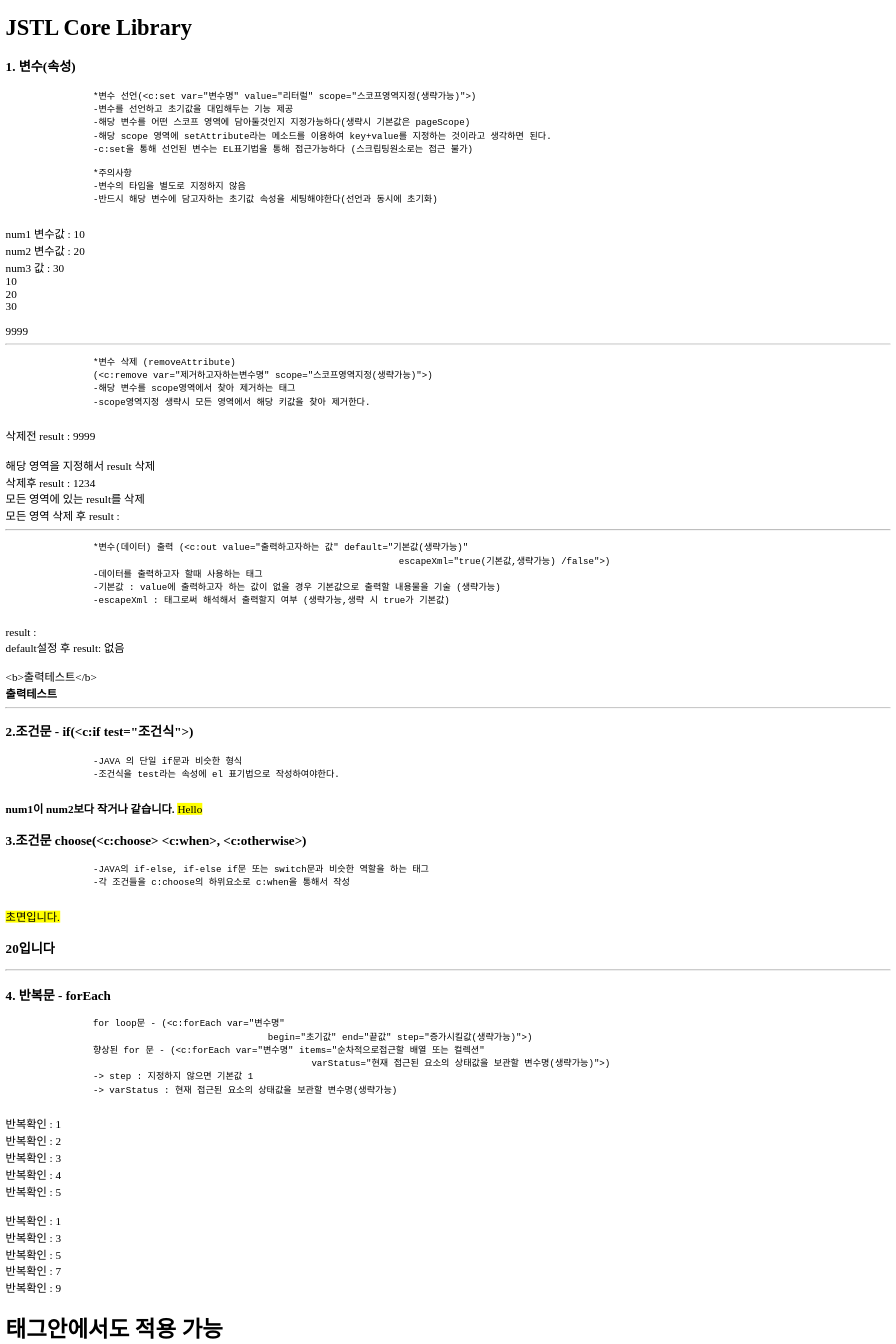
Repository: MangwonCassie/khserverclass
Page: http://localhost/actionProject/views/06_core.jsp
These files come from the project's save history. The page is drawn as it stood at one moment and after the next save; the edit follows.
The browser window is 1280 px wide. The pictures show the part of the page from y = 0 to 1920 px (the page is 3143 px tall before and 3192 px after), at 70% of full size.
The page is served by Tomcat 9.

Above is the page before, as saved 2023-05-11 06:31:49.

After the next save:
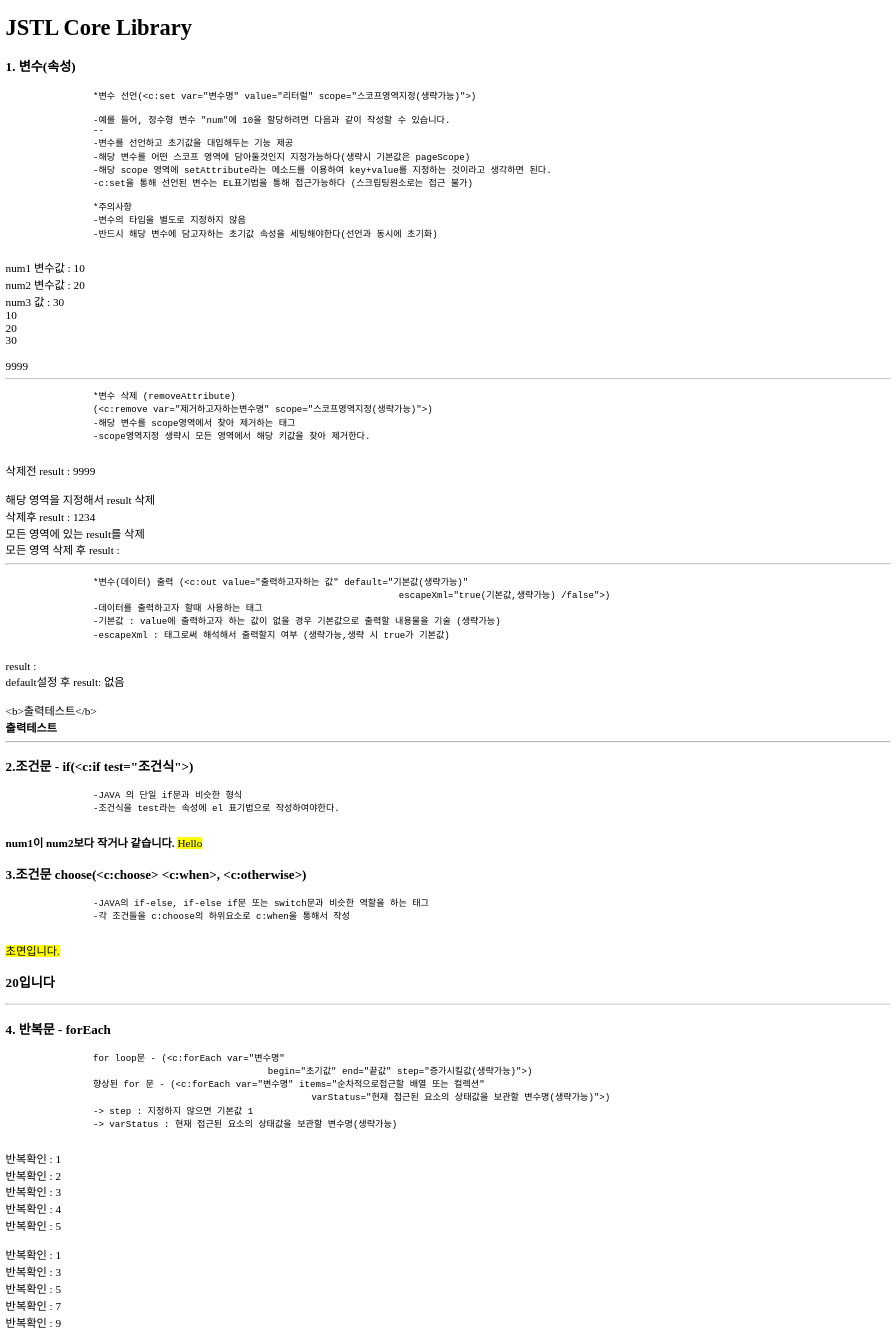
Saved 87 min 57 s later.
--- a/actionProject/actionProject/WebContent/views/06_core.jsp
+++ b/actionProject/actionProject/WebContent/views/06_core.jsp
@@ -15,6 +15,9 @@
 	<h3>1. 변수(속성)</h3>
 	<pre>
 		*변수 선언(&lt;c:set var="변수명" value="리터럴" scope="스코프영역지정(생략가능)"&gt;)
+
+		-예를 들어, 정수형 변수 "num"에 10을 할당하려면 다음과 같이 작성할 수 있습니다.
+		--<c:set var="num" value="10" />
 		-변수를 선언하고 초기값을 대입해두는 기능 제공
 		-해당 변수를 어떤 스코프 영역에 담아둘것인지 지정가능하다(생략시 기본값은 pageScope)
 		-해당 scope 영역에 setAttribute라는 메소드를 이용하여 key+value를 지정하는 것이라고 생각하면 된다.
